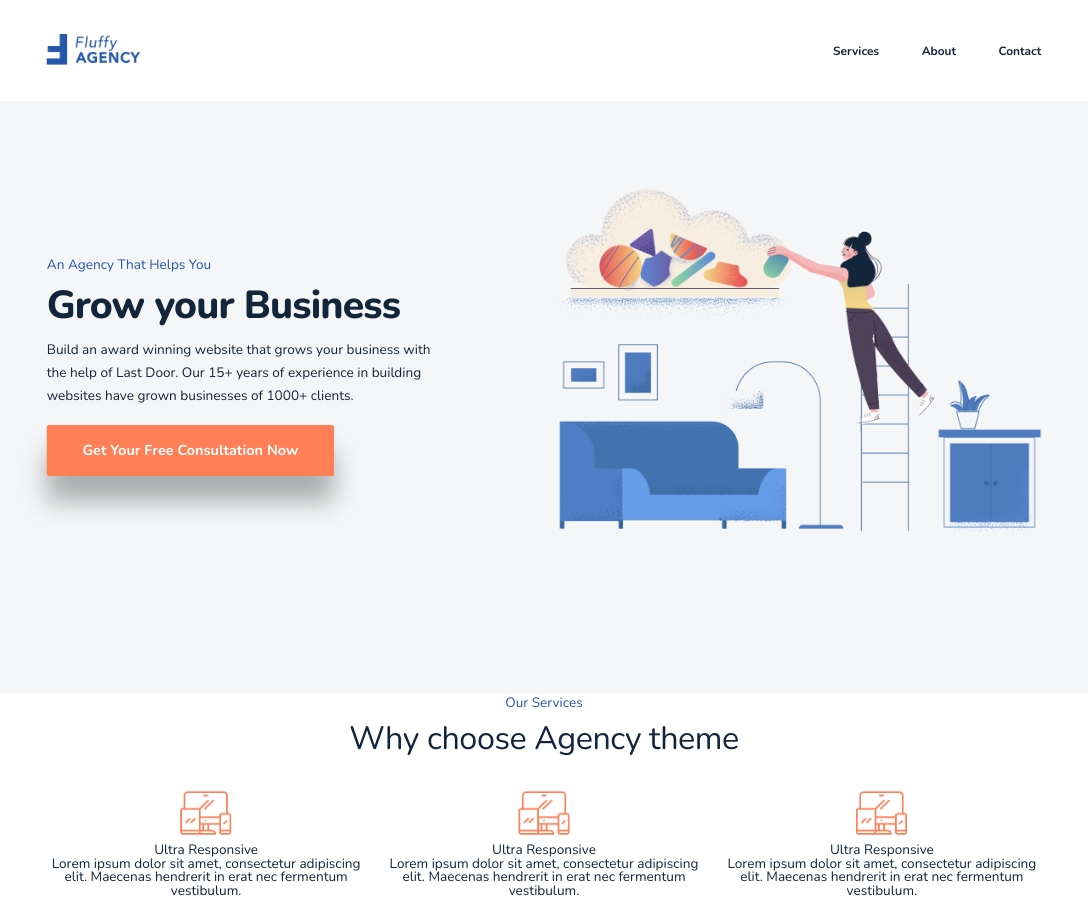
Repository: pixendrit/beetroot-fe-g1
Page: classwork/11 - Creating forms/fluffy-agency/index.html
These files come from the project's save history. The page is drawn as it stood at one moment and after the next save; the edit follows.
The browser window is 1280 px wide. The pictures show the whole page, at 85% of full size.

Above is the page before, as saved 2021-02-06 12:19:48.

After the next save:
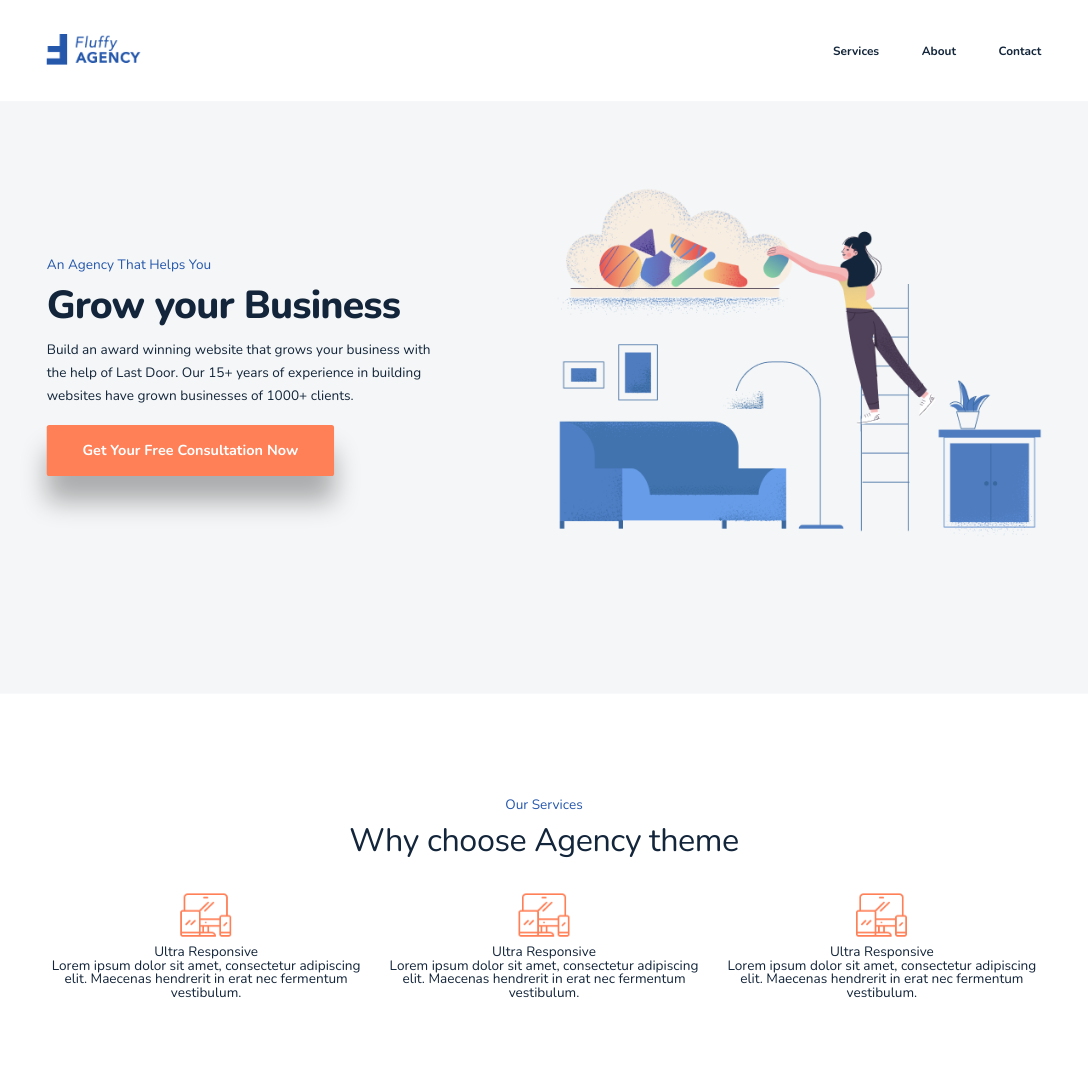
Saved 17 s later.
--- a/classwork/11 - Creating forms/fluffy-agency/styles/style.css
+++ b/classwork/11 - Creating forms/fluffy-agency/styles/style.css
@@ -153,6 +153,10 @@
 }
 /* END HERO BANNER */
 /* SERVICES */
+.services {
+  padding-top: 120px;
+  padding-bottom: 100px;
+}
 .services .flex-container {
   width: 100%;
   display: flex;
